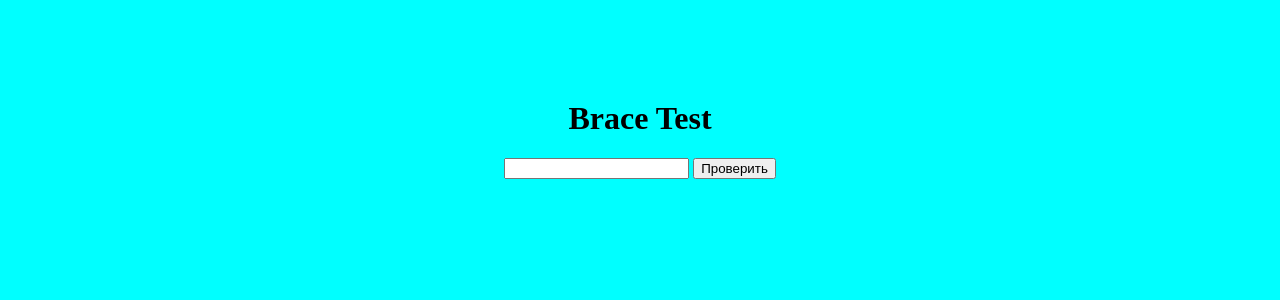
Repository: PGVlasov/braces
Page: index.html
An editor plug-in stored every save of this project. The page is shown before and after the next save, followed by the edit.
The browser window is 1280 px wide. The pictures show the whole page.

Above is the page before, as saved 2021-04-06 18:47:03.

After the next save:
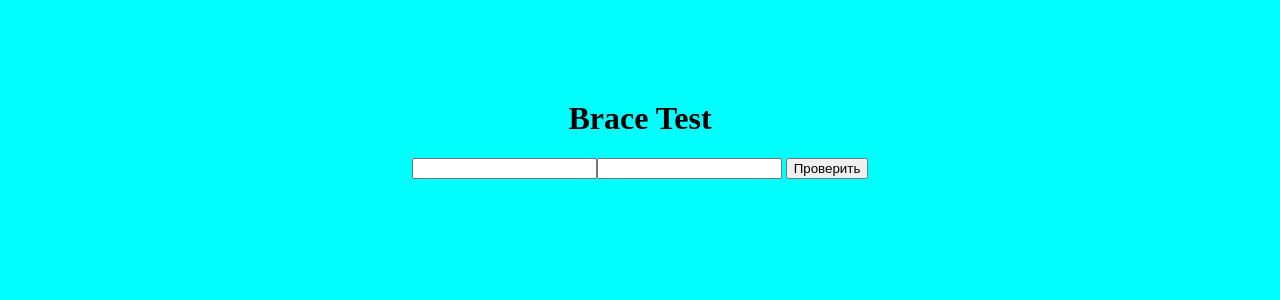
Saved 43 s later.
--- a/index.html
+++ b/index.html
@@ -3,7 +3,7 @@
   <link rel="stylesheet" type="text/css" href="style.css" />
   <div class="form">
     <form>
-      <input type="text" class="myValidate" />
+      <input type="text" class="myValidate" /><input />
       <button class="button-order">Проверить</button>
     </form>
     <script src="index.js"></script>

After the save that followed:
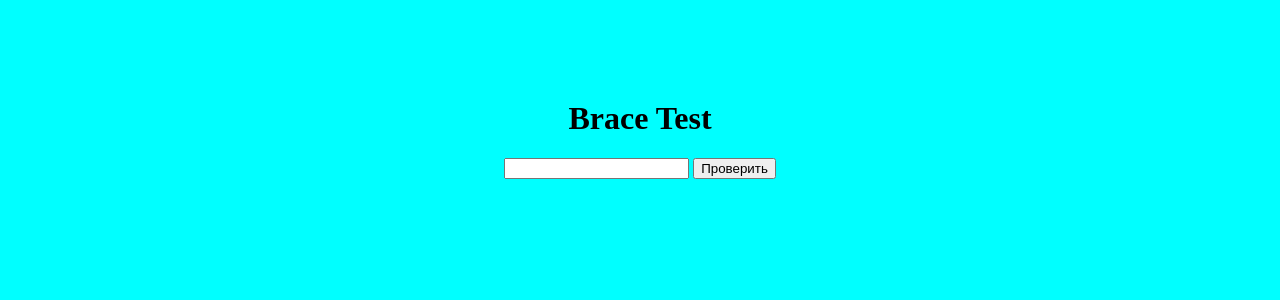
Saved 7 s later.
--- a/index.html
+++ b/index.html
@@ -3,7 +3,7 @@
   <link rel="stylesheet" type="text/css" href="style.css" />
   <div class="form">
     <form>
-      <input type="text" class="myValidate" /><input />
+      <input type="text" class="myValidate" />
       <button class="button-order">Проверить</button>
     </form>
     <script src="index.js"></script>
